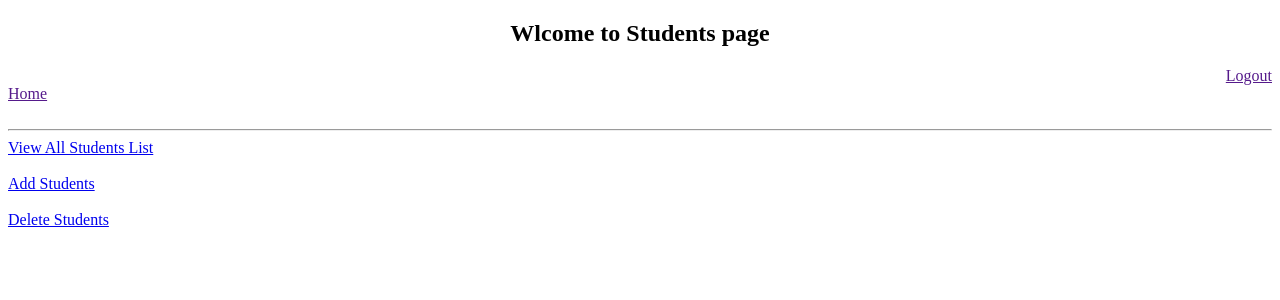
Repository: mdzeyan/JavaFSD-phase2-project
Page: Learners_Academy/src/main/webapp/Students.html
The author's editor kept a copy of each file at every save. The page is drawn from the files as they stood at one save, then again after the next save.
The browser window is 1280 px wide. The pictures show the whole page.

Above is the page before, as saved 2022-03-29 11:10:58.

After the next save:
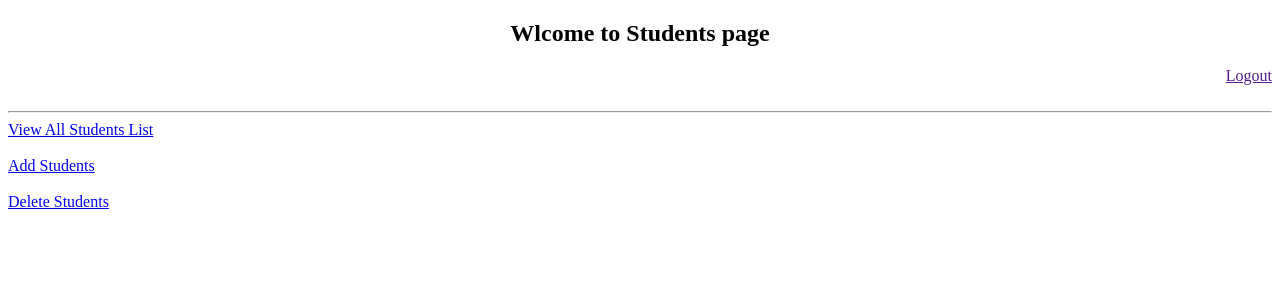
Saved 97 s later.
--- a/Learners_Academy/src/main/webapp/Students.html
+++ b/Learners_Academy/src/main/webapp/Students.html
@@ -7,12 +7,7 @@
 <body>
 
 	<h2 align="center">Wlcome to Students page</h2>
-	<div
-		align="right"><a href="">Logout</a>
-	</div>
-	<div
-		align="left"><a href="">Home</a>
-	</div>
+	<div align="right"><a href="">Logout</a></div>
 
 	<br>
 	<hr></hr>
